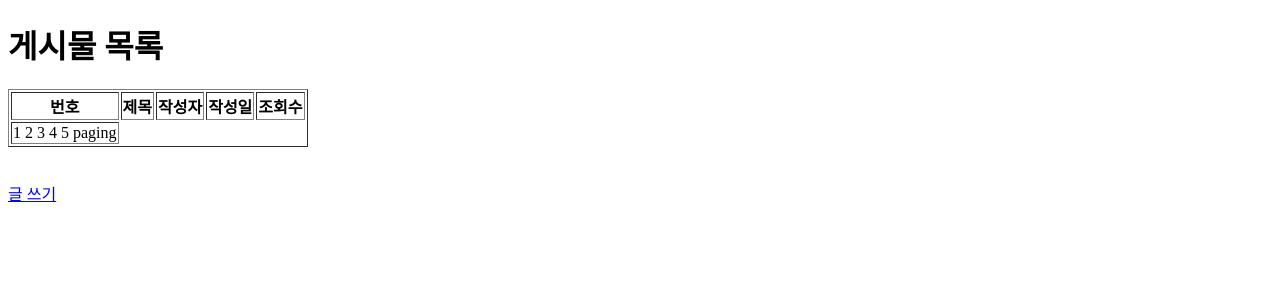
Repository: blaspheme7/immitation
Page: http://localhost/Board/board/BoardList.jsp
An editor plug-in stored every save of this project. The page is shown before and after the next save, followed by the edit.
The browser window is 1280 px wide. The pictures show the whole page.
The page is served by Tomcat 9. The template is opened directly, without the code that normally fills it, so the values that code supplies are empty.

Above is the page before, as saved 2016-06-08 05:49:46.

After the next save:
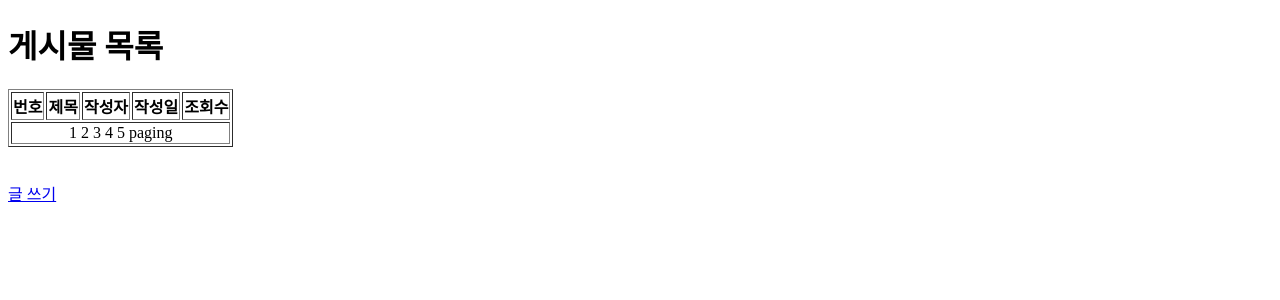
Saved 80 s later.
--- a/Board/WebContent/board/BoardList.jsp
+++ b/Board/WebContent/board/BoardList.jsp
@@ -27,8 +27,8 @@
 		<td>${writing.refnum}</td>
 	</tr>
 	</c:forEach>
-	<tr align="center">
-		<td>1 2 3 4 5 paging</td>
+	<tr>
+		<td align="center" colspan=5>1 2 3 4 5 paging</td>
 	</tr>
 	</table><br>
 	<p><a href='write.go'>글 쓰기</a></p><br>
